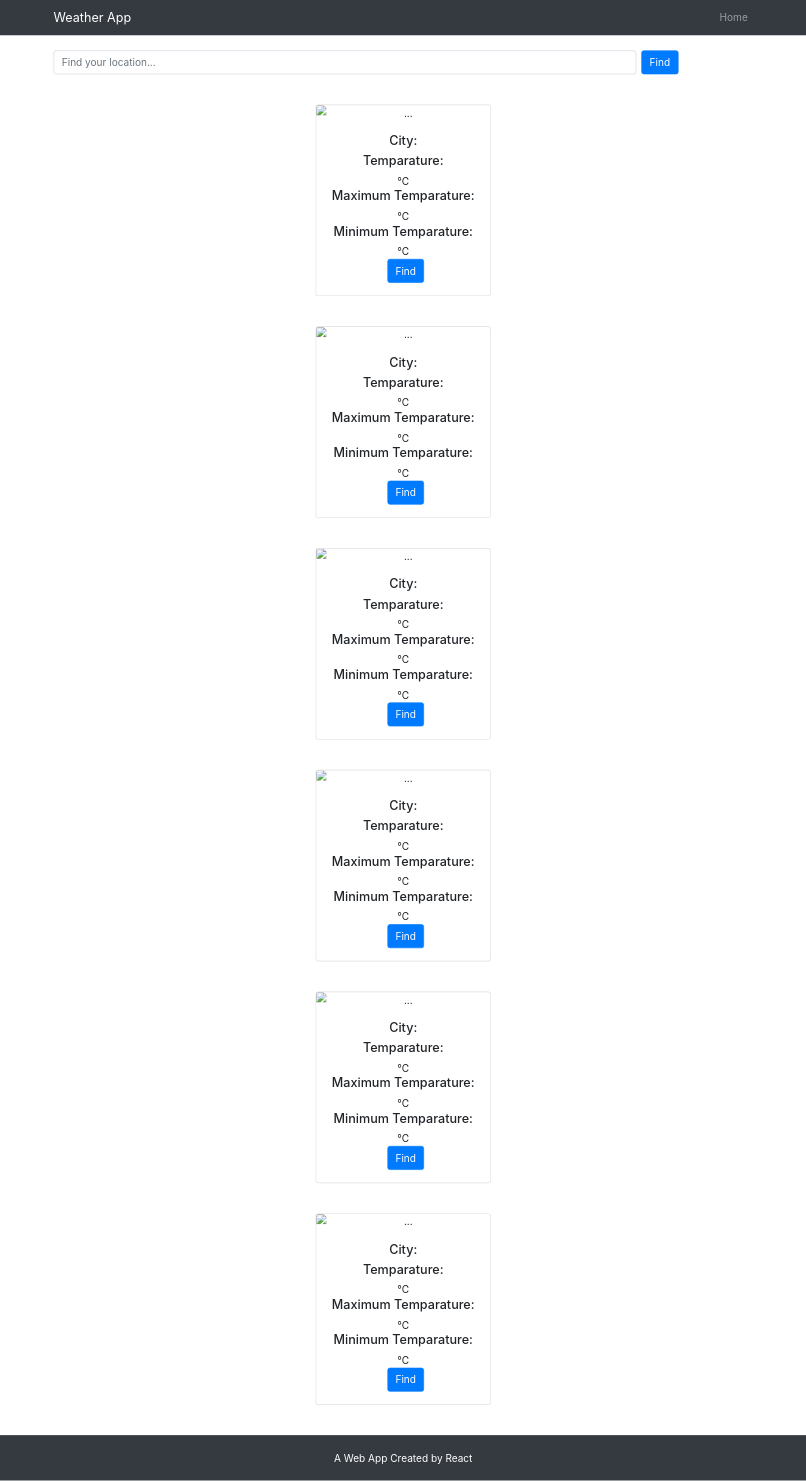
Repository: smk87/weather-app-react
Page: /
An editor plug-in stored every save of this project. The page is shown before and after the next save, followed by the edit.
The browser window is 1280 px wide. The pictures show the whole page, at 63% of full size.
The page's requests for data from a server got no answer. Some web libraries are served in a nearby version. The project was rebuilt for these pictures with package versions that can differ from the ones it lists, and the page was loaded fresh each time. A package was used in the major version that the imports need, not the one package.json lists. No one was signed in, and anything a server would have sent is missing.

Above is the page before, as saved 2019-02-06 18:33:03.

### public/index.html
<!DOCTYPE html>
<html lang="en">
  <head>
    <meta charset="utf-8" />
    <link rel="shortcut icon" href="%PUBLIC_URL%/favicon.ico" />
    <meta
      name="viewport"
      content="width=device-width, initial-scale=1, shrink-to-fit=no"
    />
    <meta name="theme-color" content="#000000" />
    <!--
      manifest.json provides metadata used when your web app is added to the
      homescreen on Android. See https://developers.google.com/web/fundamentals/web-app-manifest/
    -->
    <link rel="manifest" href="%PUBLIC_URL%/manifest.json" />
    <link
      rel="stylesheet"
      href="https://stackpath.bootstrapcdn.com/bootstrap/4.2.1/css/bootstrap.min.css"
      integrity="sha384-GJzZqFGwb1QTTN6wy59ffF1BuGJpLSa9DkKMp0DgiMDm4iYMj70gZWKYbI706tWS"
      crossorigin="anonymous"
    />
    <script
      defer
      src="https://use.fontawesome.com/releases/v5.6.3/js/all.js"
      integrity="sha384-EIHISlAOj4zgYieurP0SdoiBYfGJKkgWedPHH4jCzpCXLmzVsw1ouK59MuUtP4a1"
      crossorigin="anonymous"
    ></script>
    <!--
      Notice the use of %PUBLIC_URL% in the tags above.
      It will be replaced with the URL of the `public` folder during the build.
      Only files inside the `public` folder can be referenced from the HTML.

      Unlike "/favicon.ico" or "favicon.ico", "%PUBLIC_URL%/favicon.ico" will
      work correctly both with client-side routing and a non-root public URL.
      Learn how to configure a non-root public URL by running `npm run build`.
    -->
    <title>React App</title>
  </head>
  <body>
    <noscript>You need to enable JavaScript to run this app.</noscript>
    <div id="root"></div>
    <!--
      This HTML file is a template.
      If you open it directly in the browser, you will see an empty page.

      You can add webfonts, meta tags, or analytics to this file.
      The build step will place the bundled scripts into the <body> tag.

      To begin the development, run `npm start` or `yarn start`.
      To create a production bundle, use `npm run build` or `yarn build`.
    -->

    <script
      src="https://code.jquery.com/jquery-3.3.1.slim.min.js"
      integrity="sha384-q8i/X+965DzO0rT7abK41JStQIAqVgRVzpbzo5smXKp4YfRvH+8abtTE1Pi6jizo"
      crossorigin="anonymous"
    ></script>
    <script
      src="https://cdnjs.cloudflare.com/ajax/libs/popper.js/1.14.6/umd/popper.min.js"
      integrity="sha384-wHAiFfRlMFy6i5SRaxvfOCifBUQy1xHdJ/yoi7FRNXMRBu5WHdZYu1hA6ZOblgut"
      crossorigin="anonymous"
    ></script>
    <script
      src="https://stackpath.bootstrapcdn.com/bootstrap/4.2.1/js/bootstrap.min.js"
      integrity="sha384-B0UglyR+jN6CkvvICOB2joaf5I4l3gm9GU6Hc1og6Ls7i6U/mkkaduKaBhlAXv9k"
      crossorigin="anonymous"
    ></script>
  </body>
</html>

### src/App.js
import React, { Component } from "react";
import { BrowserRouter as Router, Route, Switch } from "react-router-dom";
import logo from "./logo.svg";
import "./App.css";

//Import Layout Components
import NavBar from "./components/NavBar";
import Footer from "./components/Footer";
import Home from "./components/Home";

class App extends Component {
  render() {
    return (
      <Router>
        <div className="App">
          <NavBar />
          <Route exact path="/" component={Home} />
          <Footer />
        </div>
      </Router>
    );
  }
}

export default App;

### src/components/NavBar.js
import React, { Component } from "react";
import { Link } from "react-router-dom";

export default class NavBar extends Component {
  render() {
    return (
      <div>
        <nav className="navbar navbar-expand-sm navbar-dark bg-dark mb-4">
          <div className="container">
            <Link className="navbar-brand" to="/">
              Weather App
            </Link>
            <button
              className="navbar-toggler"
              type="button"
              data-toggle="collapse"
              data-target="#mobile-nav"
            >
              <span className="navbar-toggler-icon" />
            </button>

            <div className="collapse navbar-collapse" id="mobile-nav">
              <ul className="navbar-nav mr-auto" />
              <ul className="navbar-nav ml-auto">
                <li className="nav-item">
                  <Link className="nav-link" to="/">
                    Home
                  </Link>
                </li>
              </ul>
            </div>
          </div>
        </nav>
      </div>
    );
  }
}

### src/components/Footer.js
import React from "react";

export default function Footer() {
  return (
    <footer className="bg-dark text-white mt-5 p-4 text-center">
      A Web App Created by React
    </footer>
  );
}

### src/components/Home.js
import React, { Component } from "react";
import { Link } from "react-router-dom";
import Weather from "./Weather";

export default class Home extends Component {
  constructor() {
    super();

    this.state = {
      search: ""
    };
  }
  onChange = e => {
    this.setState({
      [e.target.name]: e.target.value
    });
  };
  onSubmit = e => {
    e.preventDefault();
    console.log(this.state);
  };

  render() {
    return (
      <div>
        <div className="container">
          <form onSubmit={this.onSubmit} action="#" className="form-inline">
            <input
              type="text"
              name="search"
              className="form-control col-md-10"
              placeholder="Find your location..."
              value={this.state.search}
              onChange={this.onChange}
            />
            <input
              type="submit"
              className="ml-2 btn btn-primary"
              value="Find"
            />
          </form>
          <Weather id="2344116" />
          <Weather id="638242" />
          <Weather id="44418" />
          <Weather id="565346" />
          <Weather id="560743" /> <Weather id="9807" />
        </div>
      </div>
    );
  }
}

### src/components/Weather.js
import React, { Component } from "react";
import axios from "axios";

export default class Weather extends Component {
  constructor() {
    super();

    this.state = {
      cityname: "",
      id: "",
      temp: "",
      maxtemp: "",
      mintemp: "",
      logo: ""
    };
  }

  componentWillMount() {
    this.setState({ id: this.props.id });

    const url = `weather/weather.php?command=location&woeid=${this.props.id}`;
    // console.log(url);
    axios
      .get(url) //Used proxy to connect with local wamp server
      .then(res => {
        console.log(res.data);

        switch (res.data.consolidated_weather[0].weather_state_name) {
          case "Snow":
            this.setState({
              logo: "https://www.metaweather.com/static/img/weather/sn.svg"
            });
            break;
          case "Sleet":
            this.setState({
              logo: "https://www.metaweather.com/static/img/weather/sl.svg"
            });
            break;
          case "Hail":
            this.setState({
              logo: "https://www.metaweather.com/static/img/weather/h.svg"
            });
            break;
          case "Thunderstorm":
            this.setState({
              logo: "https://www.metaweather.com/static/img/weather/t.svg"
            });
            break;
          case "Heavy Rain":
            this.setState({
              logo: "https://www.metaweather.com/static/img/weather/hr.svg"
            });
            break;
          case "Light Rain":
            this.setState({
              logo: `https://www.metaweather.com/static/img/weather/lr.svg`
            });
            break;
          case "Showers":
            this.setState({
              logo: "https://www.metaweather.com/static/img/weather/s.svg"
            });
            break;
          case "Heavy Cloud":
            this.setState({
              logo: "https://www.metaweather.com/static/img/weather/hc.svg"
            });
            break;
          case "Light Cloud":
            this.setState({
              logo: "https://www.metaweather.com/static/img/weather/lc.svg"
            });
            break;
          case "Clear":
            this.setState({
              logo: "https://www.metaweather.com/static/img/weather/c.svg"
            });
            break;
        }
        this.setState({
          cityname: res.data.title,
          temp: res.data.consolidated_weather[0].the_temp.toPrecision(3),
          maxtemp: res.data.consolidated_weather[0].max_temp.toPrecision(3),
          mintemp: res.data.consolidated_weather[0].min_temp.toPrecision(3)
        });
      })
      .catch(err => console.log(err));
  }

  render() {
    return (
      <div className=" mt-5 mx-auto h-50 w-25 card">
        <img src={this.state.logo} className="card-img-top" alt="..." />
        <div className="card-body">
          <div className="card-text">
            <h5>City: </h5> {this.state.cityname}
          </div>
          <div className="card-text">
            <h5>Temparature: </h5> {this.state.temp}
            <span>&#8451;</span>
          </div>
          <div className="card-text">
            {" "}
            <h5>Maximum Temparature: </h5> {this.state.maxtemp}
            <span>&#8451;</span>
          </div>
          <div className="card-text">
            {" "}
            <h5>Minimum Temparature: </h5>
            {this.state.mintemp}
            <span>&#8451;</span>
          </div>
          <input type="submit" className="ml-2 btn btn-primary" value="Find" />
        </div>
      </div>
    );
  }
}

Loaded but not shown: src/index.js (common file); src/index.css (common file); src/serviceWorker.js (common file); src/App.css (common file)

After the next save:
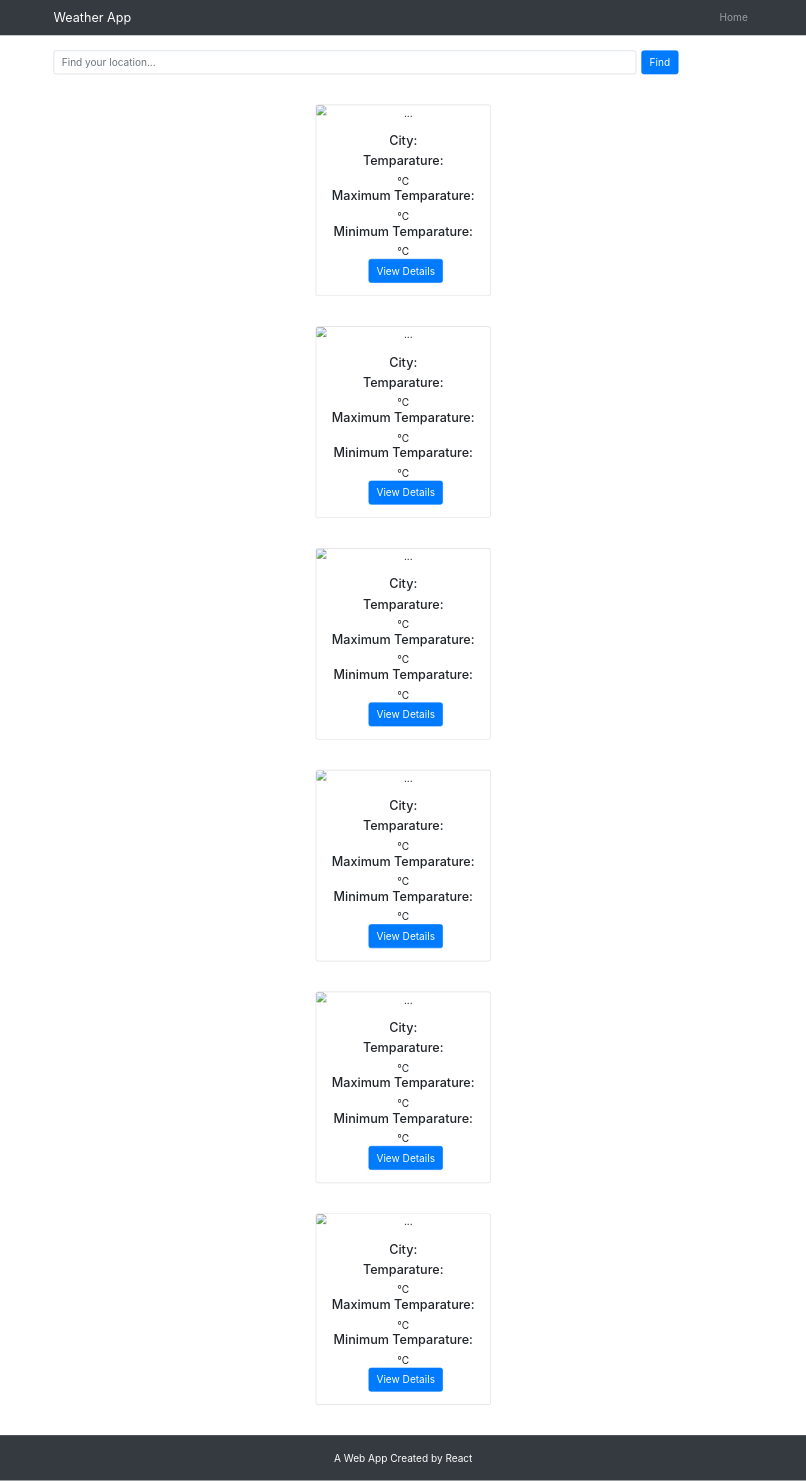
Saved 20 s later.
--- a/src/components/Weather.js
+++ b/src/components/Weather.js
@@ -110,7 +110,11 @@ export default class Weather extends Component {
             {this.state.mintemp}
             <span>&#8451;</span>
           </div>
-          <input type="submit" className="ml-2 btn btn-primary" value="Find" />
+          <input
+            type="submit"
+            className="ml-2 btn btn-primary"
+            value="View Details"
+          />
         </div>
       </div>
     );
